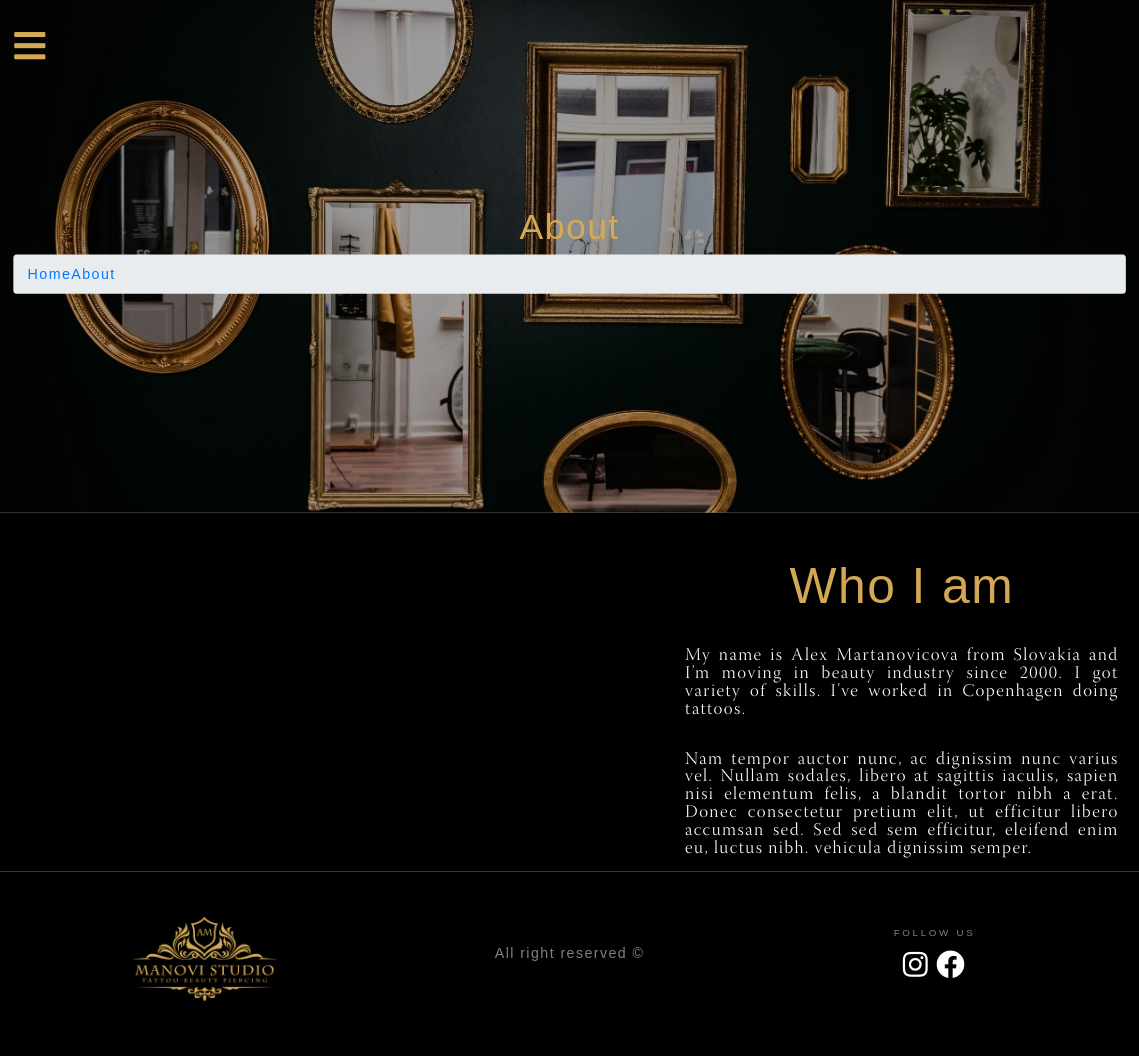
Repository: Spreceriany/TattooWeb
Page: about.html
These files come from the project's save history. The page is drawn as it stood at one moment and after the next save; the edit follows.
The browser window is 1280 px wide. The pictures show the whole page, at 89% of full size.
Some web fonts or font styles are not loaded; a fallback is used. Some web libraries are served in a nearby version.

Above is the page before, as saved 2020-04-10 20:01:40.
Console error: ReferenceError: AOS is not defined

After the next save:
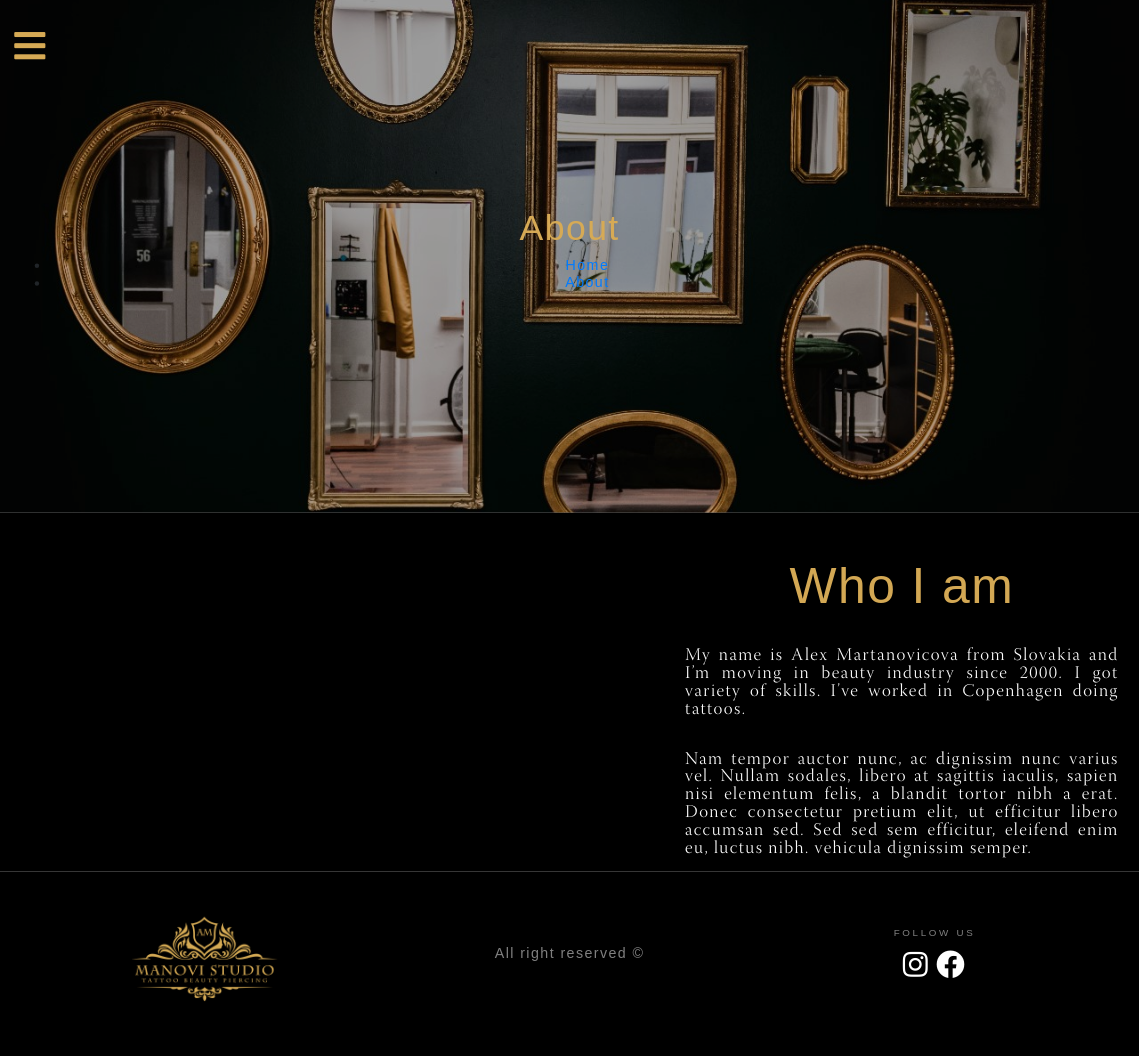
Saved 66 s later.
--- a/about.html
+++ b/about.html
@@ -66,7 +66,7 @@
 
       <div class="container-fluid about-bg flex-column d-flex justify-content-center text-center">
        <h1 class="gold">About</h1>
-       <ol class="breadcrumb">
+       <ul class="breadcramb">
          <li>
            <a href="#index.html">Home</a>
          </li>
@@ -74,7 +74,7 @@
            <a href="">About</a>
          </li>
 
-       </ol>
+       </ul>
       </div>
 
 
